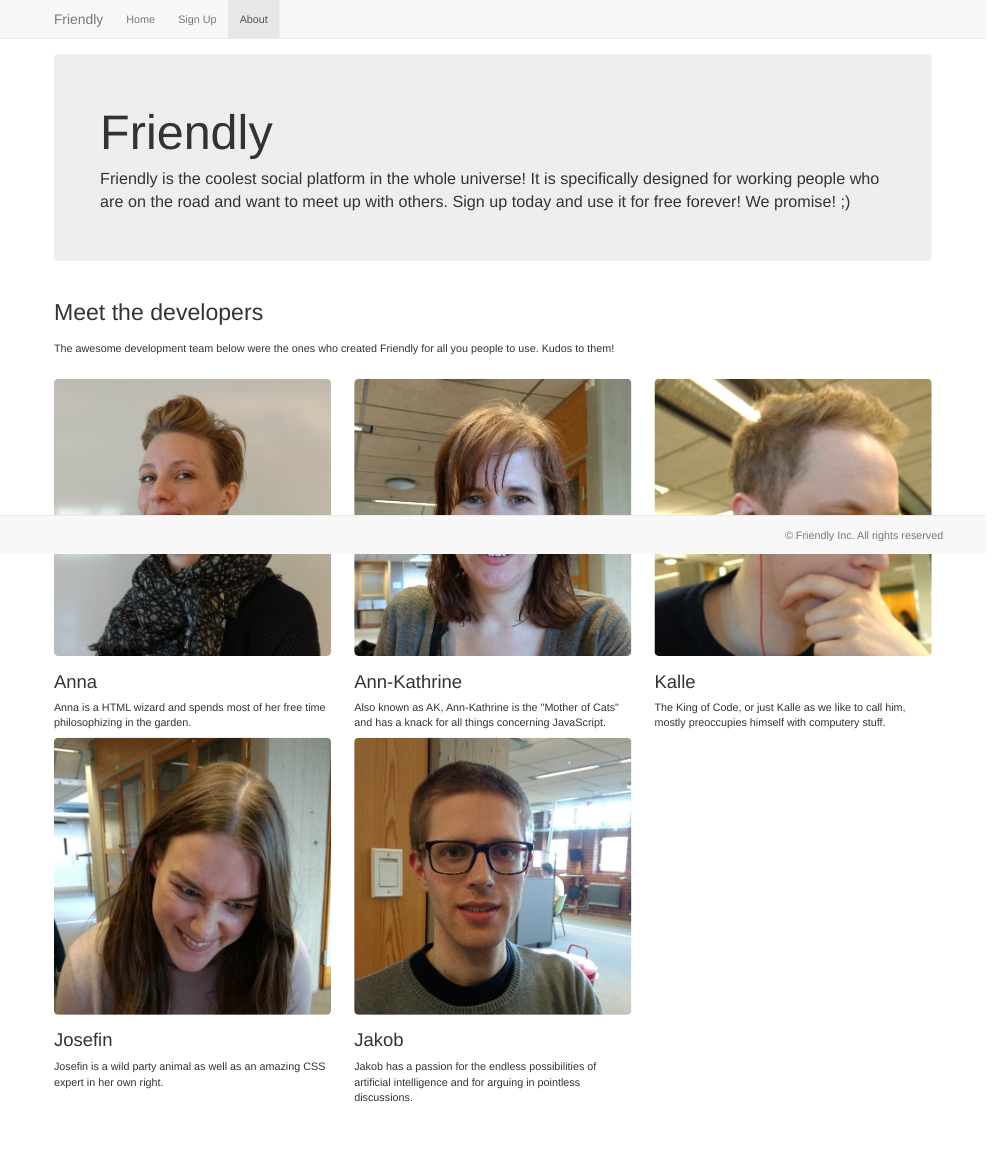
Repository: kristallklart/friendly_java
Page: http://localhost/FriendlyWeb/About.jsp
An editor plug-in stored every save of this project. The page is shown before and after the next save, followed by the edit.
The browser window is 1280 px wide. The page is 1280 px wide, then 1295 px, so the pictures cover 1295 px, including what lies to the right of the window. The pictures show the whole page, at 77% of full size.
Some web libraries are served in a nearby version. The page is served by Tomcat 9. Other server files are loaded and not shown.

Above is the page before, as saved 2017-05-02 12:34:59.

### FriendlyWeb/WebContent/About.jsp
<%@ page language="java" contentType="text/html; charset=ISO-8859-1"
    pageEncoding="ISO-8859-1"%>
<!DOCTYPE html>
<html lang="en">

<head>

	<meta charset="UTF-8">
	<meta http-equiv="X-UA-Compatible" content="IE=edge">
	<meta name="viewport" content="width=device-width, initial-scale=1">
	<title>Friendly - About</title>
	<link rel="stylesheet" href="/FriendlyWeb/lib/bootstrap/css/bootstrap.min.css">
  	<link rel="stylesheet" href="/FriendlyWeb/css/style.css">
</head>

<body>
	<!-- Navbar header-->
	<nav class="navbar navbar-default navbar-fixed-top">
		<div class="container">
			<!-- Brand and toggle get grouped for better mobile display -->
			<div class="navbar-header">
				<button type="button" class="navbar-toggle collapsed" data-toggle="collapse" data-target="#bs-example-navbar-collapse-1"
				 aria-expanded="false">
				<span class="sr-only">Toggle navigation</span>
				<span class="icon-bar"></span>
				<span class="icon-bar"></span>
				<span class="icon-bar"></span>
			</button>
				<a class="navbar-brand" href="#">Friendly</a>
			</div>

			<!-- Collect the nav links, forms, and other content for toggling -->
			<div class="collapse navbar-collapse" id="bs-example-navbar-collapse-1">
				<ul class="nav navbar-nav">
					<li><a href="/FriendlyWeb/Index.jsp">Home</a></li>
					<li><a href="/FriendlyWeb/SignUp.jsp">Sign Up </a></li>
					<li class="active"><a href="#">About<span class="sr-only">(current)</span></a></li>

				</ul>
			</div>
			<!-- /.navbar-collapse -->
		</div>
		<!-- /.container -->
	</nav>

<div class="container">
	<div class="jumbotron">
			<div class="row">
				<div class="col-xs-12">
					<h1> Friendly </h1>
				</div>

		</div>
		<div class="row">
			<div class="col-xs-12">
				<p class="lead"> Friendly is the coolest social platform in the whole universe!
					It is specifically designed for working people who are on the road and want to meet up with others.
					Sign up today and use it for free forever! We promise! ;) </p>
			</div>
		</div>
	</div>
	<div class="row">
		<div class="col-xs-12">
			<h2> Meet the developers <h2>
		</div>
	</div>
	<div class="row">
		<div class="col-xs-12">
			<p class="default-bottom-padding"> The awesome development team below were the ones who created Friendly for all you people to use. Kudos to them! </p>
		</div>
	</div>
	<div class="row">
		<div class="col-xs-12 col-sm-6 col-md-4 col-lg-4">
			<img class="img-responsive img-rounded" src="/FriendlyWeb/assets/img/anna3.jpg">
			<h3> Anna </h3>
			<p> Anna is a HTML wizard and spends most of her free time philosophizing in the garden. </p>
		</div>
		<div class="col-xs-12 col-sm-6 col-md-4 col-lg-4">
			<img class="img-responsive img-rounded" src="/FriendlyWeb/assets/img/ak3.jpg">
			<h3> Ann-Kathrine </h3>
			<p> Also known as AK, Ann-Kathrine is the "Mother of Cats" and has a knack for all things concerning JavaScript. </p>
		</div>
		<div class="col-xs-12 col-sm-6 col-md-4 col-lg-4">
			<img class="img-responsive img-rounded" src="/FriendlyWeb/assets/img/kalle3.jpg">
			<h3> Kalle </h3>
			<p> The King of Code, or just Kalle as we like to call him, mostly preoccupies himself with computery stuff. </p>
		</div>
		<div class="col-xs-12 col-sm-6 col-md-4 col-lg-4">
			<img class="img-responsive img-rounded" src="/FriendlyWeb/assets/img/jossan4.jpg">
			<h3> Josefin </h3>
			<p> Josefin is a wild party animal as well as an amazing CSS expert in her own right. </p>
		</div>
		<div class="col-xs-12 col-sm-6 col-md-4 col-lg-4">
			<img class="img-responsive img-rounded" src="/FriendlyWeb/assets/img/jakob3.jpg">
			<h3> Jakob </h3>
			<p> Jakob has a passion for the endless possibilities of artificial intelligence and for arguing in pointless discussions.</p>
		</div>
		<div class="col-xs-12 col-sm-6 col-md-4 col-lg-4">
			<p> </p>
		</div>
	</div>
</div>



	<%@ include file = "/html/footer.html" %>

	<script src="https://ajax.googleapis.com/ajax/libs/jquery/3.2.1/jquery.min.js"></script>
  	<script src="/FriendlyWeb/lib/bootstrap/js/bootstrap.min.js"></script>
</body>


</html>

### FriendlyWeb/WebContent/html/footer.html
 <!-- nav-footer -->
 <nav class="navbar navbar-default navbar-fixed-bottom">
   <div class="container">
     <p class= "navbar-text navbar-right">© Friendly Inc. All rights reserved</p>
   </div>
</nav> <!-- /nav-footer-->

### FriendlyWeb/WebContent/css/style.css
body {
	padding-top: 70px;
	padding-bottom: 70px;
}

.default-top-padding {
	padding-top: 20px;
}

.default-bottom-padding {
	padding-bottom: 20px;
}

.default-top-margin {
	margin-top: 20px;
}

.default-bottom-margin {
	margin-bottom: 20px;
}

.equal {
  display: flex;
  display: -webkit-flex;
}
.vertical-align {
  display: flex;
  flex-direction: row;
}

.vertical-align > [class^="col-"],
.vertical-align > [class*=" col-"] {
  display: flex;
  align-items: center;
}
.icon-padding {
  padding: 3px;
}

.btn {
    white-space: normal;
}

.drop-colour {
    color: white;
    background-color: green;
  }
  .row-padding{
    padding-top: 4px;
    padding-bottom: 4px;
  }


.image-formatting{
	height: 50%;
}

Loaded but not shown: FriendlyWeb/WebContent/lib/bootstrap/css/bootstrap.min.css (library); FriendlyWeb/WebContent/lib/bootstrap/js/bootstrap.min.js (library)

After the next save:
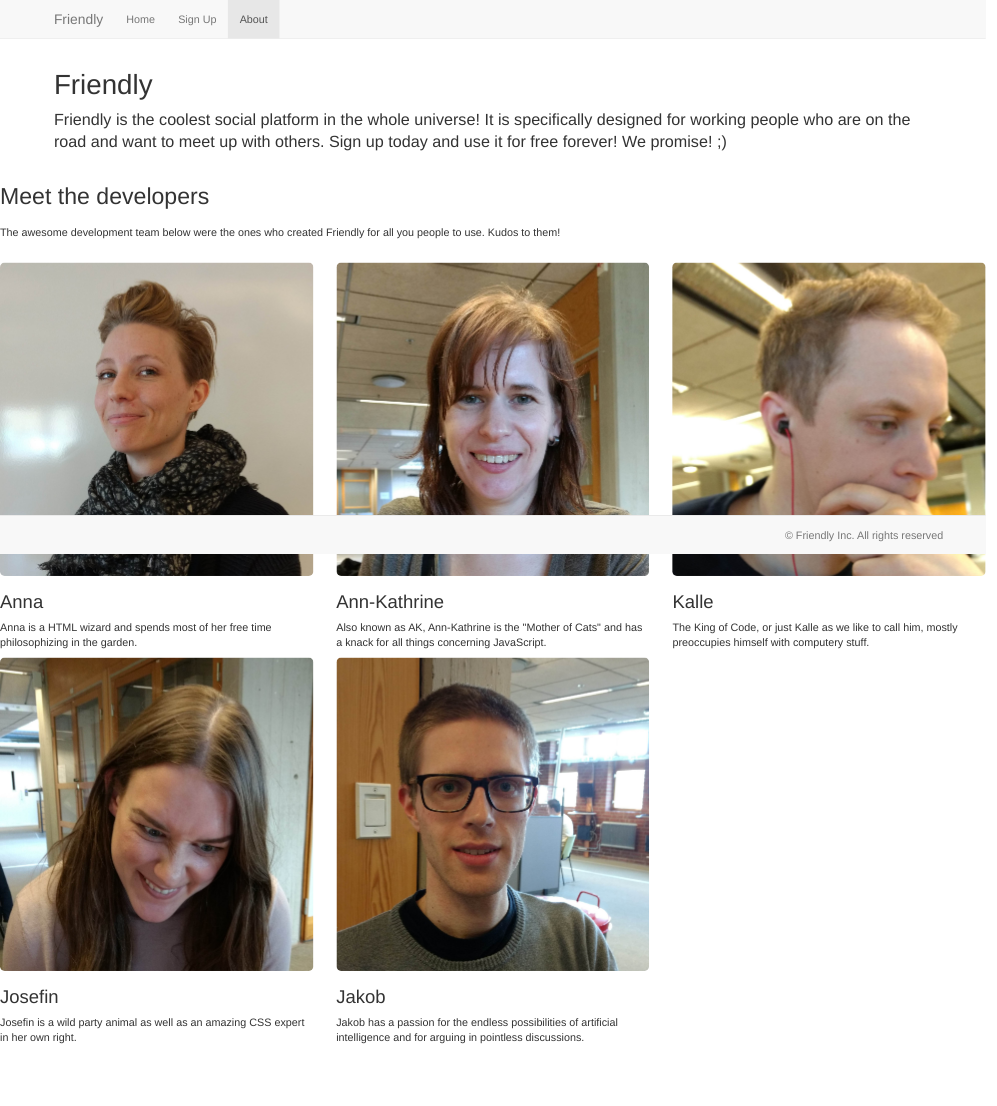
Saved 62 s later.
--- a/FriendlyWeb/WebContent/About.jsp
+++ b/FriendlyWeb/WebContent/About.jsp
@@ -44,7 +44,6 @@
 	</nav>
 
 <div class="container">
-	<div class="jumbotron">
 			<div class="row">
 				<div class="col-xs-12">
 					<h1> Friendly </h1>
@@ -99,7 +98,6 @@
 			<p> </p>
 		</div>
 	</div>
-</div>
 
 
 
